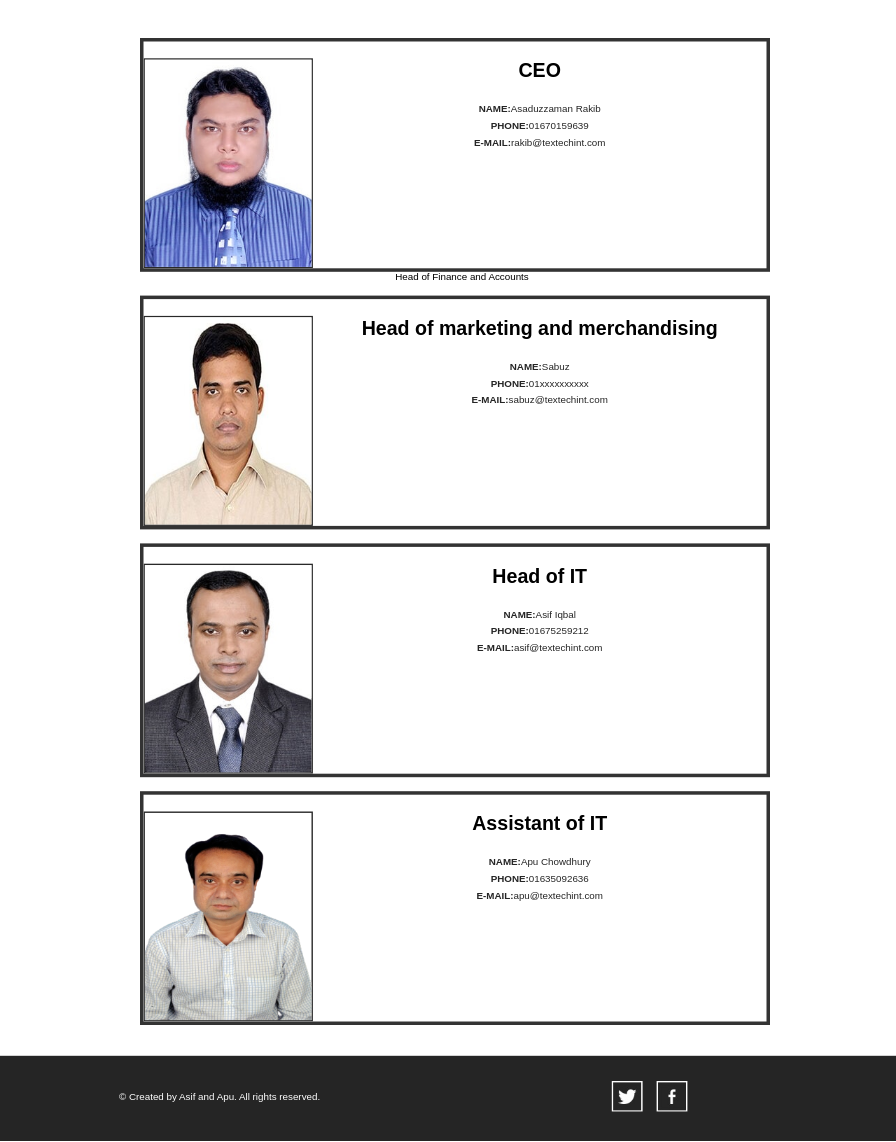
Repository: asifdotpy/textechint
Page: index.html
An editor plug-in stored every save of this project. The page is shown before and after the next save, followed by the edit.
The browser window is 1280 px wide. The pictures show the part of the page from y = 1415 to 3335 px (the page is 3046 px tall before and 3335 px after), at 70% of full size.

Above is the page before, as saved 2021-02-23 01:31:37.

### index.html
<!doctype html>
<html>
<head>
	<meta charset="UTF-8">
	<meta name="viewport" content="width=device-width, initial-scale=1.0">
	<title>Tex Tech International</title>
	<link rel="stylesheet" type="text/css" href="css/style.css">
	<link rel="stylesheet" type="text/css" href="css/mobile.css" media="screen and (max-width : 568px)">
	<script type="text/javascript" src="js/mobile.js"></script>
</head>
<body>
	<div id="header">
		<ul id="navigation">
			<li class="selected">
				<a href="index.html">our company</a>
			</li>
			<li>
				<a href="gallery.html">Our Products and services
				</a>
			</li>
			<li>
				<a href="about.html">career opportunity</a>
			</li>
			<li>
				<a href="blog.html">faq</a>
			</li>
			<li>
				<a href="contact.html">contact us</a>
			</li>
		</ul>
	</div>
	<div id="body">
		<div id="featured">
			<img src="images/featured.jpg" alt="">
		</div>
		<div class='intro'>
			<h1>About us</h1>
			<div class="main">
			<p><strong style="color: red;">Tex Tech International</strong> is working as a Buying & Trading house in the field of RMG, Home Textile, Leather Products, Handicraft Items & other Consumers’ Products in Bangladesh. Our major concern is to play our role as a buying house of our customers. One of our primary responsibilities as a buying house is to assure that the product purchased and released for shipment conforms to be customer’s requirements.</p>
			<p>Our goal is to provide our clients with high-quality products that meet their quality expectations.
				<strong style="color: red;">Tex Tech International</strong> employs Quality Assurance staff to assist in the selection of manufacturers who manufacture products according to Standards set by our policy, principles, and guidelines.</p>
			<p><strong style="color: red;">Tex Tech International</strong> is a leading Buyer’s agent / representative and garments exporter in Bangladesh. We have our own sourcing office in China, Italy, Netherlands, Canada & Australia.</p>
			<p>We have 100+ associated factories from where we can assure quality and final products. All the associated factories are fully compliance having certificates of ACCORD, ALLIANCE, BSCI, SEDEX, WRAP, OEKO-TEX, GOTS, OCS, GRS, RCS etc. We have a strong CSR team who follow up on all the different types of compliance requirement which are set by the buyer.</p>
			<p>We have a very strong Merchandising Team who keep contact and support the clients on the daily basis in order to keep a healthy relationship. Our QC teams is ready to ensure product quality as per customer demands. Our QA team inspect the goods on a third-party base and on AQL of customers.</p>
			<p>We have a strong quality control system where under each Merchandiser there is a full time QC team and the QC’s do the in-line inspections in each section of production. In a particular time of the day, our QA Supervisor checks the 30% products those have been passed by our QC’s in each section. All the QC’s always check 100% goods. All the QC’s submit their daily reports to QA Manager with highlighting the major points. QA Manager submits their reports to the relevant Merchandisers in addition to CEO. Relevant Merchandiser ensures the correct QA packing to the QA Supervisor. After maintaining all the necessary procedures, the QA Manager carries out his own final inspection before the shipment.</p>
			</p>
			</div>

		</div>

		<div class='heroes'>
		<ul>
			<div class="post-container">
				<div class="post-thumb"><img src="images/rakib.jpg" /></div>
				<div class="post-content">
					<h3 class="post-title">CEO</h3>
					<p><b>NAME:</b>Asaduzzaman Rakib</p>
					<p><b>PHONE:</b>01670159639</p>
					<p><b>E-MAIL:</b>rakib@textechint.com</p>
			   </div>
			</div>
			Head of Finance and Accounts
			<div class="post-container">
				<div class="post-thumb"><img src="images/sabuz.jpg" /></div>
				<div class="post-content">
					<h3 class="post-title">Head of marketing and merchandising</h3>
					<p><b>NAME:</b>Sabuz</p>
					<p><b>PHONE:</b>01xxxxxxxxxx</p>
					<p><b>E-MAIL:</b>sabuz@textechint.com</p>
			   </div>
			</div>
			<div class="post-container">
				<div class="post-thumb"><img src="images/asif.jpg" /></div>
				<div class="post-content">
					<h3 class="post-title">Head of IT</h3>
					<p><b>NAME:</b>Asif Iqbal</p>
					<p><b>PHONE:</b>01675259212</p>
					<p><b>E-MAIL:</b>asif@textechint.com</p>
			   </div>
			</div>
			<div class="post-container">
				<div class="post-thumb"><img src="images/apu.jpg" /></div>
				<div class="post-content">
					<h3 class="post-title">Assistant of IT</h3>
					<p><b>NAME:</b>Apu Chowdhury</p>
					<p><b>PHONE:</b>01635092636</p>
					<p><b>E-MAIL:</b>apu@textechint.com</p>
			   </div>
			</div>
		</ul>
		</div>
	</div>
	<div id="footer">
		<div>
			<p>&copy; Created by Asif and Apu. All rights reserved.</p>
			<ul>
				<li>
					<a href="http://freewebsitetemplates.com/go/twitter/" id="linkedin">linkedin</a>
				</li>
				<li>
					<a href="https://www.facebook.com/textechint" target="_blank" id="facebook">facebook</a>
			</ul>
		</div>
	</div>
</body>
</html>

### css/style.css
@font-face {
	font-family: 'poller_oneregular';
	src: url('../fonts/pollerone/pollerone-webfont.eot');
	src: url('../fonts/pollerone/pollerone-webfont.eot?#iefix') format('embedded-opentype'),
		 url('../fonts/pollerone/pollerone-webfont.woff') format('woff'),
		 url('../fonts/pollerone/pollerone-webfont.ttf') format('truetype'),
		 url('../fonts/pollerone/pollerone-webfont.svg#poller_oneregular') format('svg');
}
@font-face {
	font-family: 'leckerli_oneregular';
	src: url('../fonts/leckerlione/leckerlione-regular-webfont.eot');
	src: url('../fonts/leckerlione/leckerlione-regular-webfont.eot?#iefix') format('embedded-opentype'),
		 url('../fonts/leckerlione/leckerlione-regular-webfont.woff') format('woff'),
		 url('../fonts/leckerlione/leckerlione-regular-webfont.ttf') format('truetype'),
		 url('../fonts/leckerlione/leckerlione-regular-webfont.svg#leckerli_oneregular') format('svg');
}

body {
	background: #fff;
	font-family: Arial, Helvetica, sans-serif;
	font-size: 14px;
	font-weight: normal;
	line-height: 1;
	margin: 0;
	min-width: 960px;
	padding: 0;
}
p {
	color: #252525;
	line-height: 24px;
	margin: 0;
	padding: 0;
}
p a {
	color: #252525;
	text-decoration: underline;
}
p a:hover {
	color: #898989;
}
#header {
	margin: 0 auto;
	padding: 4px 0 50px;
	text-align: center;
	width: 960px;
}
#header a.logo {
	display: block;
	margin: 0 auto;
	padding: 0;
	width: 340px;
}
#header a.logo img {
	border: 0;
	display: block;
	margin: 0;
	padding: 0;
}
#header ul {
	margin: 0;
	padding: 25px 0 0;
}
#header ul li {
	display: inline;
	list-style: none;
	margin: 0;
	padding: 0 19px;
}
#header ul li a {
	color: #252525;
	display: inline-block;
	font-family: "Arial Black", Gadget, sans-serif;
	font-size: 14px;
	font-weight: normal;
	margin: 0;
	padding: 0 0 3px;
	text-decoration: none;
	text-transform: uppercase;
}
#header ul li a:hover, #header ul li.selected a {
	color: #0ba39c;
}
#body {
	margin: 0;
	padding: 0 0 30px;
	text-align: center;
}
#body h1 {
	color: #fff;
	display: inline;
	font-family: poller_oneregular;
	font-size: 35px;
	font-weight: normal;
	margin: 0;
	padding: 0;
	text-transform: uppercase;
}
#body h1 span {
	background: #252525;
	display: inline-block;
	padding: 15px 28px 12px;
}
#body > div {
	margin: 0 auto;
	padding: 0;
	width: 960px;
}
#body > div img {
	border: 2px solid #292929;
	margin: 24px 0 0;
	padding: 0;
}
#body > div .article {
	margin: 0 auto;
	padding: 30px 30px 0;
	width: 560px;
}
#body > div .article h2 {
	font-family: "Arial Black", Gadget, sans-serif;
	font-size: 25px;
	font-weight: normal;
	margin: 0 0 30px;
}
#body > div .article h3 {
	color: #252525;
	line-height: 24px;
	margin: 0;
	padding: 0;
}
#body > div .article h4 {
	background: #252525;
	color: #fff;
	display: inline-block;
	font-family: "Arial Black", Gadget, sans-serif;
	font-size: 25px;
	font-weight: normal;
	margin: 0 0 30px;
	padding: 8px 27px 10px;
}
#body > div .article p {
	margin: 0 0 30px;
}
#body div div ul {
	margin: 0;
	padding: 24px 10px 0;
	width: 940px;
	list-style-type: none;
}
#body div div ul li {
	border: 2px solid #1a1a1a;
	display: block;
	list-style: none;
	margin: 0 0 13px;
	overflow: hidden;
	padding: 0;
}
#body div ul li .figure {
	border-right: 2px solid #1a1a1a;
	float: left;
	margin: 0;
	padding: 0;
	width: 376px;
}
#body div ul li img {
	border: 0;
	display: block;
	margin: 0;
	padding: 0;
	opacity: 0.8;
	transition: 0.5s ease-in-out;
}
#body div ul li .figure:hover img {
	opacity: 1;
}
#body div ul li div {
	float: left;
	margin: 0;
	padding: 63px 0 20px;
	width: 558px;
}
#body div ul li div h3 {
	color: #252525;
	font-family: "Arial Black", Gadget, sans-serif;
	font-size: 25px;
	font-weight: normal;
	margin: 0;
	padding: 0;
	text-transform: uppercase;
}
#body div ul li div p {
	padding: 30px 30px 18px;
}
#body div ul li div a.more {
	background: #000;
	color: #fff;
	display: inline-block;
	font-family: "Arial Black", Gadget, sans-serif;
	font-size: 18px;
	font-weight: normal;
	margin: 0;
	padding: 8px 28px;
	text-decoration: none;
	text-transform: uppercase;
}
#body div ul li div a.more:hover {
	color: #252525;
	background: #fff;
	border: 2px solid #252525;
}
#body #featured {
	margin: 0 0 13px;
	padding: 0;
	position: relative;
	width: 100%;
}
#body #featured img {
	border: 0;
	display: block;
	margin: 0;
	padding: 0;
	width: 100%;
	height: auto;
}
#body #featured div {
	left: 50%;
	margin-left: -480px;
	margin-top: -171px;
	padding: 0 0 0 470px;
	position: absolute;
	top: 50%;
	text-align: left;
	width: 490px;
}
#body #featured div h2 {
	background: #fff;
	color: #000;
	display: inline-block;
	font-family: poller_oneregular;
	font-size: 20px;
	font-weight: normal;
	margin: 0 0 18px;
	padding: 23px 27px 20px;
	text-transform: uppercase;
}
#body #featured div span {
	background: #252525;
	color: #fff;
	display: inline-block;
	font-size: 20px;
	margin: 7px 0;
	padding: 12px 27px;
}
#body #featured div a {
	background: #0ba39c;
	color: #fff;
	display: inline-block;
	font-size: 16px;
	margin: 15px 0 0;
	padding: 26px 27px 22px;
	text-align: center;
	text-decoration: none;
	text-transform: uppercase;
}
#body #featured div a:hover {
	background: #1fc3bc;
}
#body > ul {
	margin: 0 auto;
	overflow: hidden;
	padding: 24px 0 0;
	width: 960px;
}
#body > ul li {
	display: block;
	float: left;
	margin: 0 10px 20px;
	padding: 0;
	width: 300px;
}
#body > ul li a {
	color: #000;
	display: block;
	font-family: poller_oneregular;
	font-size: 20px;
	font-weight: normal;
	margin: 0;
	padding: 0;
	text-align: center;
	text-decoration: none;
	text-transform: uppercase;
}
#body > ul li a img {
	border: 2px solid #1a1a1a;
	display: block;
	margin: 0;
	padding: 0;
	opacity: .8;
	transition: 0.5s ease-in-out;
}
#body > ul li a:hover img {
	opacity: 1;
}
#body > ul li a span {
	display: block;
	margin: 0;
	padding: 33px 0 0;
}
#body form {
	margin: 0 auto;
	padding: 24px 0 0;
	width: 620px;
}
#body form input, #body form textarea {
	border: 2px solid #252525;
	color: #252525;
	font-family: Arial, Helvetica, sans-serif;
	font-size: 15px;
	font-weight: normal;
	margin: 0 0 37px;
	padding: 20px 10px;
	text-align: center;
	text-transform: uppercase;
	width: 596px;
}
#body form textarea {
	height: 175px;
	overflow: auto;
	resize: none;
}
#body form #send {
	background: #252525;
	color: #fff;
	font-family: "Arial Black", Gadget, sans-serif;
	font-size: 15px;
	font-weight: normal;
	display: inline-block;
	padding: 20px 28px;
	width: auto;
}
#body form #send:hover {
	background: #fff;
	color: #252525;
	cursor: pointer;
}
#footer {
	background: #252525;
	margin: 0;
	padding: 36px 0 42px;
}
#footer div {
	margin: 0 auto;
	overflow: hidden;
	padding: 0;
	width: 960px;
}
#footer div p {
	color: #fff;
	float: left;
	line-height: 44px;
	margin: 0 0 0 10px;
	padding: 0;
}
#footer div ul {
	display: block;
	float: right;
	margin: 0;
	overflow: hidden;
	padding: 0;
	width: 256px;
}
#footer div ul li {
	display: block;
	float: left;
	list-style: none;
	margin: 0 10px;
	padding: 0;
	width: 44px;
}
#footer div ul li a {
	background: url(../images/icons.jpg) no-repeat 0 0;
	display: block;
	height: 44px;
	margin: 0;
	padding: 0;
	text-indent: -99999px;
	width: 44px;
}
#footer div ul li #linkedin {
	background-position: 0 0;
}
#footer div ul li #linkedin:hover {
	background-position: -44px 0;
}
#footer div ul li #facebook {
	background-position: 0 -44px;
}
#footer div ul li #facebook:hover {
	background-position: -44px -44px;
}

div .intro h1 {
	margin: 0px 50px;
	padding: 0px 50px;
	background-color: #0ba39c;
	text-decoration: #1a1a1a;
}

div .intro p {
	margin: 10px;
	padding: 10px;
}

div .main {
	font-size: 15px;
}



.post-container {
    margin: 20px 20px 0 0;
    border: 5px solid #333;
    overflow: auto
}
.post-thumb {
    float: left
}
.post-thumb img {
    display: block
}
.post-content {
    margin-left: 210px
}
.post-title {
    font-weight: bold;
    font-size: 200%
}

### js/mobile.js
window.onload = function(){
	var getNavi = document.getElementById('navigation');

	var mobile = document.createElement("span");
	mobile.setAttribute("id","mobile-navigation");
	getNavi.parentNode.insertBefore(mobile,getNavi);

	document.getElementById('mobile-navigation').onclick = function(){
		var a = getNavi.getAttribute('style');
		if(a){
			getNavi.removeAttribute('style');
			document.getElementById('mobile-navigation').style.backgroundImage='url(images/mobile-menu.png)';
		} else {
			getNavi.style.display='block';
			document.getElementById('mobile-navigation').style.backgroundImage='url(images/mobile-close.png)';
		}
	};
	var getElm = getNavi.getElementsByTagName("LI");
	for(var i=0;i<getElm.length;i++){
		if(getElm[i].children.length>1){
			var smenu = document.createElement("span");
			smenu.setAttribute("class","mobile-submenu");
			smenu.setAttribute("OnClick","submenu("+i+")");
			getElm[i].appendChild(smenu);
		};
	};
	submenu = function (i){
		var sub = getElm[i].children[1];
		var b = sub.getAttribute('style');
		if(b){
			sub.removeAttribute('style');
			getElm[i].lastChild.style.backgroundImage='url(images/mobile-expand.png)';
			getElm[i].lastChild.style.backgroundColor='rgba(11, 163, 156, 0.7)';
		} else {
			sub.style.display='block';
			getElm[i].lastChild.style.backgroundImage='url(images/mobile-collapse.png)';
			getElm[i].lastChild.style.backgroundColor='rgba(0,0,0,0.8)';
		}
	};
};

### css/mobile.css
body {
	min-width: 0;
}
#header {
	padding: 20px 0;
	position: relative;
	width: 100%;
}
#header a.logo {
	width: 80%;
}
#header a.logo img {
	width: 100%;
}
#mobile-navigation {
	background: url(../images/mobile-menu.png) no-repeat 0 0;
	display: block;
	height: 50px;
	margin: 30px auto 0;
	padding: 0;
	width: 50px;
}
#header ul {
	border: 1px solid #fff;
	display: none;
	left: 50%;
	margin-left: -45%;
	padding: 0;
	position: absolute;
	width: 90%;
	z-index: 1001;
}
#header ul li {
	border-top: 1px solid #fff;
	display: block;
	margin: 0;
	padding: 0;
	position: relative;
}
#header > ul > li:first-child {
	border: 0;
}
#header ul li a {
	background: rgba(11, 163, 156, 0.9);
	color: #fff;
	display: block;
	font-family: Arial, Helvetica, sans-serif;
	font-size: 16px;
	font-weight: normal;
	height: 49px;
	line-height: 49px;
	padding: 0 15px;
	text-align: left;
}
#header ul li a:hover, #header ul li.selected a {
	background: rgba(0, 0, 0, 0.9);
	color: #fff;
}
#header ul ul {
	display: none;
	border: 0;
	height: auto;
	left: 0;
	margin: 0;
	position: relative;
	width: 100%;
}
#header ul ul li a {
	text-indent: 15px;
}
#header ul li span {
	background: rgba(11, 163, 156, 0.9) url(../images/mobile-expand.png) no-repeat 0 0;
	border-left: 1px solid #fff;
	display: block;
	height: 49px;
	position: absolute;
	right: 0;
	top: 0;
	width: 50px;
}
#body {
	width: 100%;
}
#body h1 {
	display: block;
	font-size: 20px;
	margin: 0 auto;
	width: 90%;
}
#body h1 span {
	display: block;
	padding: 3%;
	width: 94%;
}
#body > div {
	padding: 0 5%;
	width: 90%;
}
#body > div img {
	margin: 24px 0 30px;
	width: 98%
}
#body > div .article {
	padding: 0;
	width: 100%;
}
#body > div .article h2, #body > div .article h4 {
	font-size: 18px;
	font-weight: bold;
}
#body #featured {
	overflow: hidden;
	margin: 0 0 20px
}
#body #featured img {
	min-width: 960px;
}
#body #featured div {
	left: 0;
	margin: 0;
	padding: 0 2%;
	position: absolute;
	top: 0;
	text-align: left;
	width: 96%;
}
#body #featured div h2 {
	font-size: 14px;
	font-weight: normal;
	margin: 50px 0 10px;
	padding: 8px 5px;
}
#body #featured div span {
	display: block;
	font-size: 14px;
	margin: 10px 0;
	padding: 10px;
}
#body #featured div a {
	font-size: 14px;
	margin: 5px 0 0;
	padding: 10px;
}
#body > ul {
	overflow: visible;
	padding: 0 5%;
	width: 90%;
}
#body ul.gallery {
	padding: 5% 0;
	overflow: hidden;
	width: 100%;
}
#body > ul li {
	float: none;
	margin: 0;
	width: 100%;
}
#body ul.gallery li {
	float: left;
	margin: 0 0 5% 5%;
	width: 42%;
}
#body > ul li a img {
	width: 98%;
}
#body > ul li a span {
	padding: 15px 0;
}
#body div ul {
	margin: 0;
	padding: 20px 0 0;
	width: 100%;
}
#body div ul li {
	overflow: visible;
	padding: 0 0 20px;
	width: 99%;
}
#body div ul li .figure {
	border: 0;
	display: block;
	float: none;
	margin: 0 0 20px;
	width: 100%;
}
#body div ul li .figure img {
	width: 100%;
}
#body div ul li div {
	float: none;
	padding: 0;
	width: 100%;
}
#body div ul li div a.more:hover {
	height: 14px;
	line-height: 14px;
}
#body form {
	width: 100%;
}
#body form input, #body form textarea {
	margin: 0 0 20px;
	padding: 10px;
	width: 84%;
}
#body form #send {
	padding: 10px;
}
#footer {
	padding: 10px 0 25px;
}
#footer div {
	overflow: visible;
	width: 100%;
}
#footer div p {
	float: none;
	margin: 0;
	text-align: center;
}
#footer div ul {
	float: none;
	margin: 0 auto;
	width: 256px;
}

After the next save:
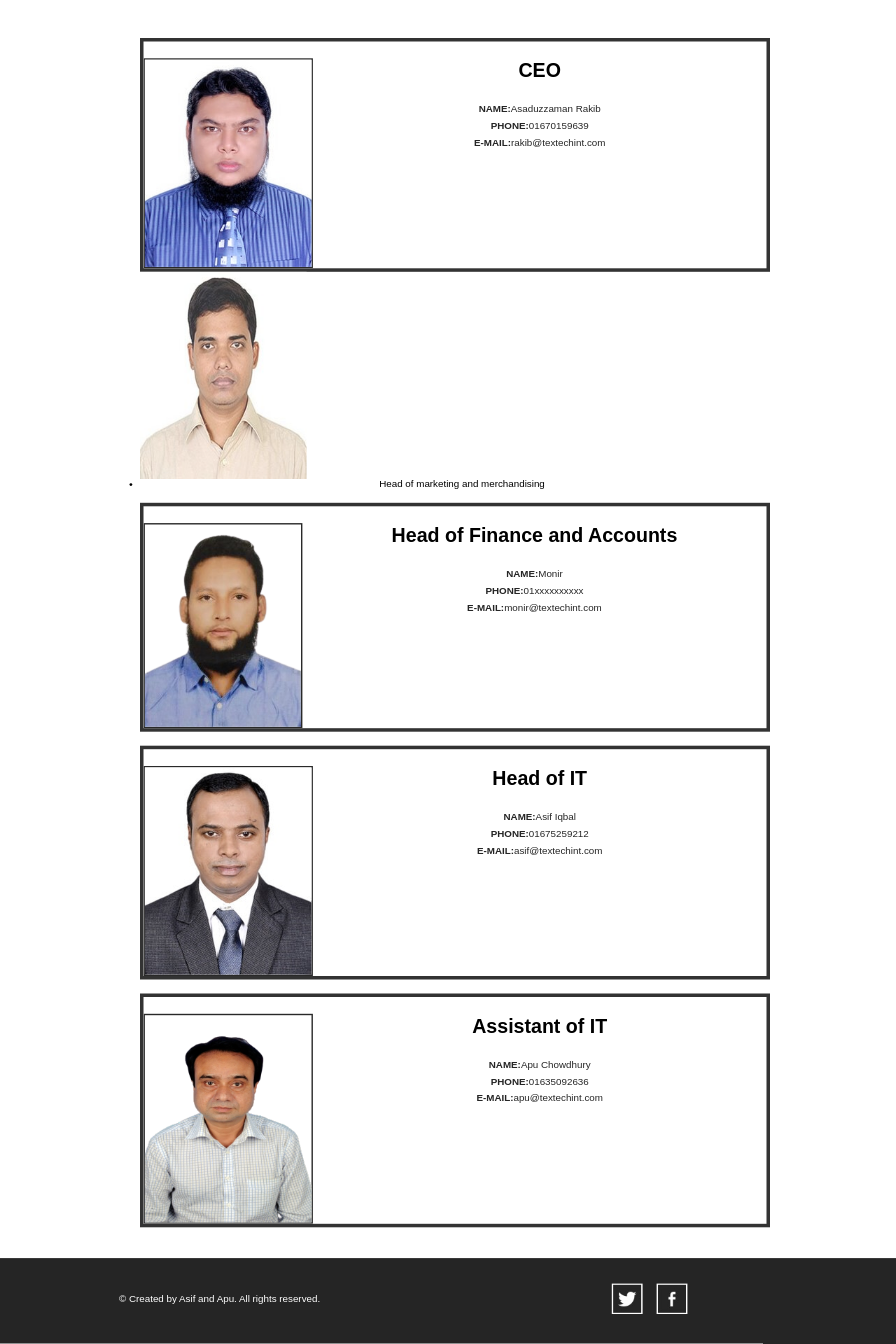
Saved 46 s later.
--- a/index.html
+++ b/index.html
@@ -59,14 +59,17 @@
 					<p><b>E-MAIL:</b>rakib@textechint.com</p>
 			   </div>
 			</div>
-			Head of Finance and Accounts
+			<li>
+					<img src="images/sabuz.jpg" alt="Sobuz">
+					<span>Head of marketing and merchandising</span>
+			</li>
 			<div class="post-container">
-				<div class="post-thumb"><img src="images/sabuz.jpg" /></div>
+				<div class="post-thumb"><img src="images/monir.jpg" /></div>
 				<div class="post-content">
-					<h3 class="post-title">Head of marketing and merchandising</h3>
-					<p><b>NAME:</b>Sabuz</p>
+					<h3 class="post-title">Head of Finance and Accounts</h3>
+					<p><b>NAME:</b>Monir</p>
 					<p><b>PHONE:</b>01xxxxxxxxxx</p>
-					<p><b>E-MAIL:</b>sabuz@textechint.com</p>
+					<p><b>E-MAIL:</b>monir@textechint.com</p>
 			   </div>
 			</div>
 			<div class="post-container">
